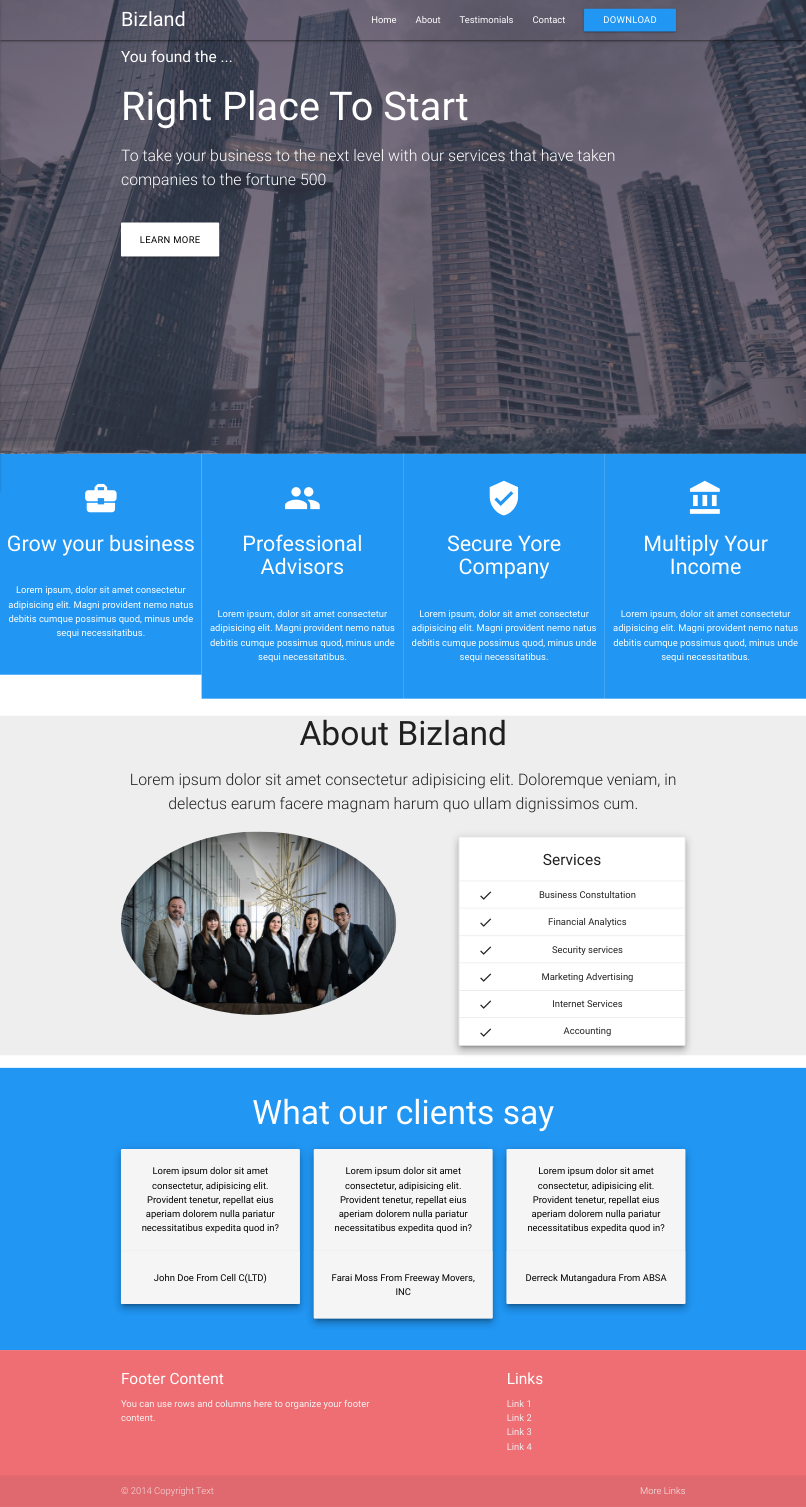
Repository: farrdy/bizland
Page: index.html
An editor plug-in stored every save of this project. The page is shown before and after the next save, followed by the edit.
The browser window is 1280 px wide. The pictures show the whole page, at 63% of full size.
Some web libraries are served in a nearby version.

Above is the page before, as saved 2020-01-05 14:20:08.

### index.html
<!DOCTYPE html>
<html>
  <head>
    <!--Import Google Icon Font-->
    <link
      href="https://fonts.googleapis.com/icon?family=Material+Icons"
      rel="stylesheet"
    />
    <!--Import materialize.css-->
    <link
      type="text/css"
      rel="stylesheet"
      href="css/materialize.min.css"
      media="screen,projection"
    />
    <link type="text/css" rel="stylesheet" href="css/main.css" />
    <!--Let browser know website is optimized for mobile-->
    <meta name="viewport" content="width=device-width, initial-scale=1.0" />
    <title>Bizland Theme</title>
  </head>

  <body>
    <header class="main-header">
      <div class="primary-overlay">
        <div class="navbar-fixed">
          <nav class="transparent">
            <div class="container">
              <div class="nav-wrapper">
                <a href="#home" class="brand-logo">Bizland</a>
                <a href="#" class="button-collapse" data-activates="mobile-nav">
                  <i class="material-icons">menu</i>
                </a>
                <ul class=" right hide-on-med-and-down">
                  <li>
                    <a href="#home">Home</a>
                  </li>
                  <li>
                    <a href="#about">About</a>
                  </li>
                  <li>
                    <a href="#testimonials">Testimonials</a>
                  </li>
                  <li>
                    <a href="#contact">Contact</a>
                  </li>
                  <li>
                    <a href="#" class="btn blue">Download</a>
                  </li>
                </ul>
              </div>
            </div>
          </nav>
        </div>
        <ul class="side-nav" id="mobile-nav">
          <h4 class="blue-grey darken-3  center">
            Bizland
          </h4>
          <li>
            <a href="#" class="devider"></a>
          </li>
          <li>
            <a href="#home">Home</a>
          </li>
          <li>
            <a href="#about">About</a>
          </li>
          <li>
            <a href="#testimonials">Testimonials</a>
          </li>
          <li>
            <a href="#contact">Contact</a>
          </li>
        </ul>

        <!-- showcase -->
        <div class="showcase container">
          <div class="row">
            <div class="col s12 main-text">
              <h5>You found the ...</h5>
              <h1>Right Place To Start</h1>
              <p class="flow-text">
                To take your business to the next level with our services that
                have taken companies to the fortune 500
              </p>
              <br />
              <a href="" class="btn btn-large white black-text">Learn More</a>
              <a href="#about" class="white-text"
                ><i class="material-icons medium scroll-icon">
                  arrow_drop_down_circle
                </i></a
              >
            </div>
          </div>
        </div>
      </div>
    </header>
    <section class="section-boxes center">
      <div class="row">
        <div class="col s12 m6 l3 blue white-text box">
          <i class="material-icons medium">business_center</i>
          <h4>Grow your business</h4>
          <p>
            Lorem ipsum, dolor sit amet consectetur adipisicing elit. Magni
            provident nemo natus debitis cumque possimus quod, minus unde sequi
            necessitatibus.
          </p>
        </div>
        <div class="col s12 m6 l3 blue white-text box">
          <i class="material-icons medium">people</i>
          <h4>Professional Advisors</h4>
          <p>
            Lorem ipsum, dolor sit amet consectetur adipisicing elit. Magni
            provident nemo natus debitis cumque possimus quod, minus unde sequi
            necessitatibus.
          </p>
        </div>
        <div class="col s12 m6 l3 blue white-text box">
          <i class="material-icons medium">verified_user</i>
          <h4>Secure Yore Company</h4>
          <p>
            Lorem ipsum, dolor sit amet consectetur adipisicing elit. Magni
            provident nemo natus debitis cumque possimus quod, minus unde sequi
            necessitatibus.
          </p>
        </div>
        <div class="col s12 m6 l3 blue white-text box">
          <i class="material-icons medium">account_balance</i>
          <h4>Multiply Your Income</h4>
          <p>
            Lorem ipsum, dolor sit amet consectetur adipisicing elit. Magni
            provident nemo natus debitis cumque possimus quod, minus unde sequi
            necessitatibus.
          </p>
        </div>
      </div>
    </section>
    <!-- Section: About -->

    <section class="section-about grey lighten-3 center">
      <div class="container">
        <h2>About Bizland</h2>
        <p class="flow-text">
          Lorem ipsum dolor sit amet consectetur adipisicing elit. Doloremque
          veniam, in delectus earum facere magnam harum quo ullam dignissimos
          cum.
        </p>
        <div class="row">
          <div class="col s12 m6">
            <img src="img/people.jpg" alt="" class="responsive-img circle" />
          </div>
          <div class="col s12 m5 offset-m1">
            <ul class="collection with-header z-depth-4">
              <li class="collection-header">
                <h5>Services</h5>
              </li>
              <li class="collection-item">
                <i class="material-icons left">check</i>
                Business Constultation
              </li>
              <li class="collection-item">
                <i class="material-icons left">check</i>
                Financial Analytics
              </li>
              <li class="collection-item">
                <i class="material-icons left">check</i>
                Security services
              </li>
              <li class="collection-item">
                <i class="material-icons left">check</i>
                Marketing Advertising
              </li>
              <li class="collection-item">
                <i class="material-icons left">check</i>
                Internet Services
              </li>
              <li class="collection-item">
                <i class="material-icons left">check</i>
                Accounting
              </li>
            </ul>
          </div>
        </div>
      </div>
    </section>
    <!-- Section Testimonials -->
    <section class="section section-testimonials blue white-text center">
      <div class="container">
        <h2>What our clients say</h2>
        <div class="row">
          <div class="col s12 m4">
            <div class="card grey lighten-4 black-text z-depth-4">
              <div class="card-content">
                <p>
                  Lorem ipsum dolor sit amet consectetur, adipisicing elit.
                  Provident tenetur, repellat eius aperiam dolorem nulla
                  pariatur necessitatibus expedita quod in?
                </p>
              </div>
              <div class="card-action">
                <p>John Doe From Cell C(LTD)</p>
              </div>
            </div>
          </div>
          <div class="col s12 m4">
            <div class="card grey lighten-4 black-text z-depth-4">
              <div class="card-content">
                <p>
                  Lorem ipsum dolor sit amet consectetur, adipisicing elit.
                  Provident tenetur, repellat eius aperiam dolorem nulla
                  pariatur necessitatibus expedita quod in?
                </p>
              </div>
              <div class="card-action">
                <p>Farai Moss From Freeway Movers, INC</p>
              </div>
            </div>
          </div>
          <div class="col s12 m4">
            <div class="card grey lighten-4 black-text z-depth-4">
              <div class="card-content">
                <p>
                  Lorem ipsum dolor sit amet consectetur, adipisicing elit.
                  Provident tenetur, repellat eius aperiam dolorem nulla
                  pariatur necessitatibus expedita quod in?
                </p>
              </div>
              <div class="card-action">
                <p>Derreck Mutangadura From ABSA</p>
              </div>
            </div>
          </div>
        </div>
      </div>
    </section>
    <!-- FOOTER: SECTION -->

    <footer class="page-footer">
      <div class="container">
        <div class="row">
          <div class="col l6 s12">
            <h5 class="white-text">Footer Content</h5>
            <p class="grey-text text-lighten-4">
              You can use rows and columns here to organize your footer content.
            </p>
          </div>
          <div class="col l4 offset-l2 s12">
            <h5 class="white-text">Links</h5>
            <ul>
              <li><a class="grey-text text-lighten-3" href="#!">Link 1</a></li>
              <li><a class="grey-text text-lighten-3" href="#!">Link 2</a></li>
              <li><a class="grey-text text-lighten-3" href="#!">Link 3</a></li>
              <li><a class="grey-text text-lighten-3" href="#!">Link 4</a></li>
            </ul>
          </div>
        </div>
      </div>
      <div class="footer-copyright">
        <div class="container">
          © 2014 Copyright Text
          <a class="grey-text text-lighten-4 right" href="#!">More Links</a>
        </div>
      </div>
    </footer>

    <!--Import jQuery before materialize.js-->
    <script
      type="text/javascript"
      src="https://code.jquery.com/jquery-3.2.1.min.js"
    ></script>
    <script type="text/javascript" src="js/materialize.min.js"></script>
    <script>
      $(document).ready(function() {
        $(".button-collapse").sideNav();

        //scrollfire
        const options = [
          {
            selector: ".main-text",
            offset: 0,
            callback: function(el) {
              Materialize.fadeInImage($(el));
            }
          }
        ];

        Materialize.scrollFire(options);
      });
    </script>
  </body>
</html>

### css/main.css
.primary-overlay {
  background: rgba(63, 57, 77, 0.7);
  position: absolute;
  top: 0;
  left: 0;
  width: 100%;
  height: 100%;
  overflow: hidden;
}

.main-header {
  background: url(../img/showcase.jpg);
  background-size: cover;
  background-position: center;
  height: 100vh;
  min-height: 600px;
  color: #fff;
  position: relative;
}

.main-hedare .showcase {
  padding-top: 110px;
}

.scroll-icon {
  position: absolute;
  bottom: 5%;
  left: 47%;
  opacity: 0.5%;
}

.box {
  padding: 40px 10px !important;
}

.box h4 {
  padding-bottom: 30px;
}

.section-boxes .row {
  margin-bottom: 0 !important;
}

@media (max-width: 600px) {
  .main-header {
    height: 50vh;
  }
}

Loaded but not shown: css/materialize.min.css (library); js/materialize.min.js (library)

After the next save:
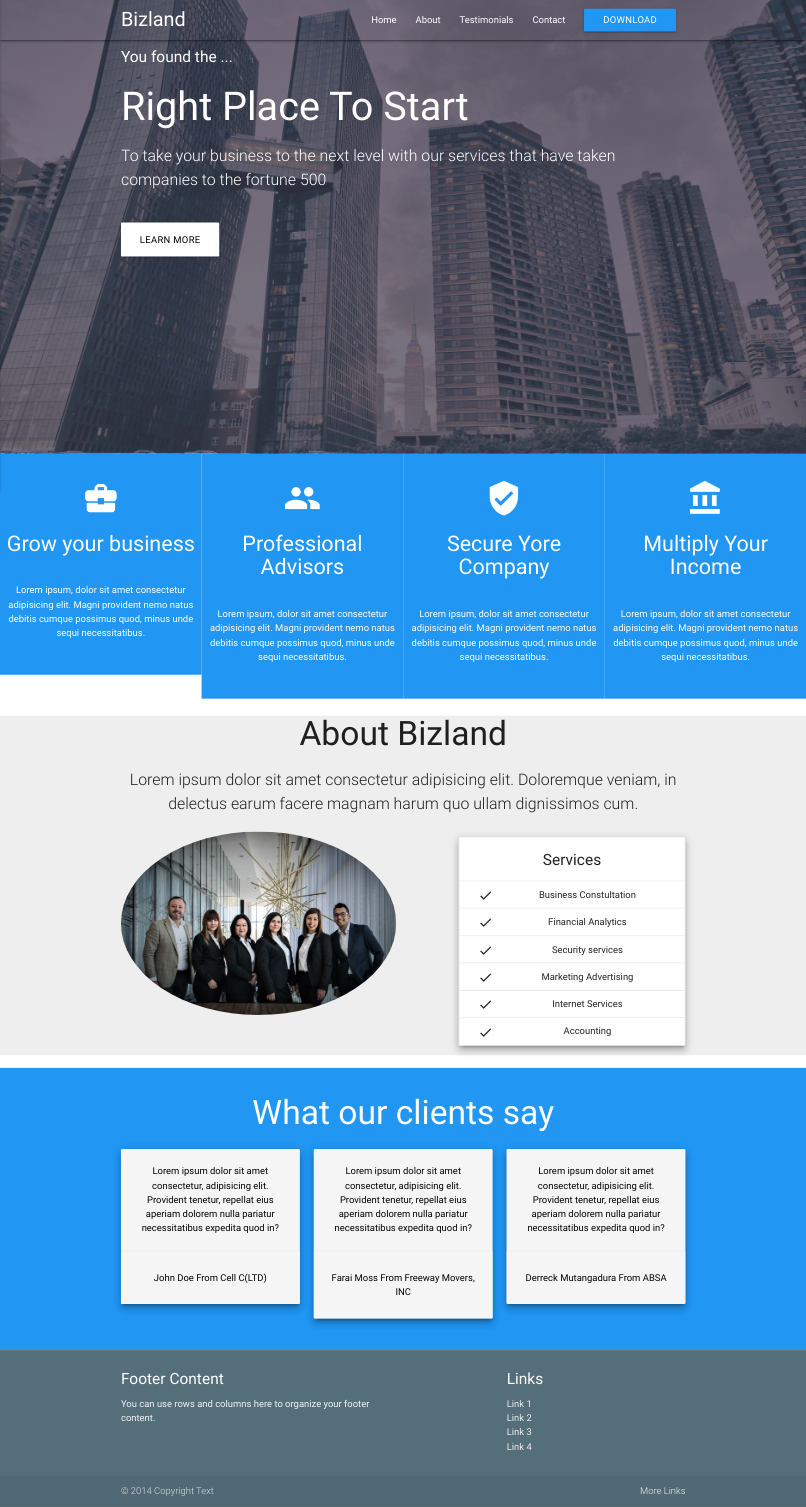
Saved 51 s later.
--- a/index.html
+++ b/index.html
@@ -234,7 +234,7 @@
     </section>
     <!-- FOOTER: SECTION -->
 
-    <footer class="page-footer">
+    <footer class="page-footer blue-grey darken-1">
       <div class="container">
         <div class="row">
           <div class="col l6 s12">
